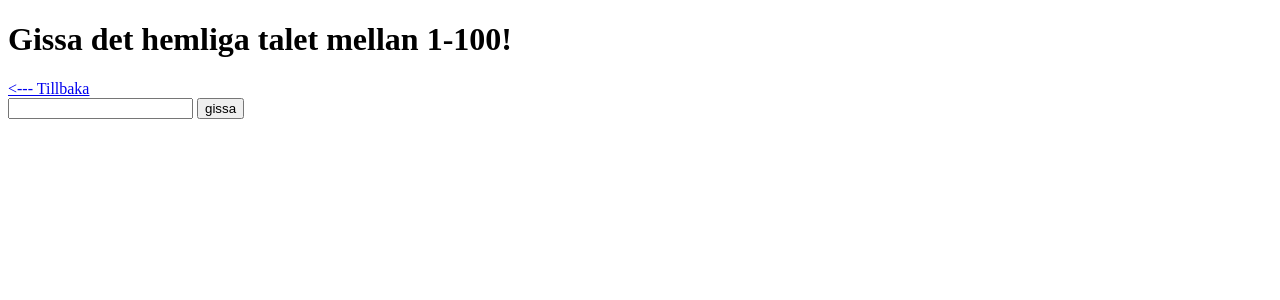
Repository: ss223dd/1dv403-ss223dd-labbar
Page: 1-vandalen/guess/index.html
The author's editor kept a record of every edit. The page is drawn from the files as they stood at one moment, then again after the next edit.
The browser window is 1280 px wide. The pictures show the whole page.

Above is the page before.

### 1-vandalen/guess/index.html
<!DOCTYPE html>
<html lang="sv">
<head>
	<meta charset="UTF-8" />
 	<title>JavaScript - Gissa det hemliga talet</title>
</head>
    <body>
        <h1>Gissa det hemliga talet mellan 1-100!</h1>
        <a href="../index.html">&lt;--- Tillbaka</a>
 		<form id="myForm">  <!-- Added an ID to the form in order to reset the input field after each attempt. -->
 			<input type="text" id="number" /> <input id="send" type="submit" value="gissa" />
 			<p id="value"></p>
		</form>

    	  <script src="script.js"></script>

    </body>
</html>

### 1-vandalen/guess/script.js
"use strict";

window.onload = function(){

	var secret = Math.floor( Math.random() * 100)+1; // Randomizes an integer between 1-100.
	var numberOfGuesses = 0;

	// I denna funktion ska du skriva koden för att hantera "spelet"
	var guess = function(number){
		console.log("Det hemliga talet: " + secret); // Du når den yttre variabeln secret innifrån funktionen.
		console.log("Du gissade: " + number); // Detta nummer är det som användaren gissade på.

		// Plats för förändring.

		if (+number >= 1 && +number <= 100){

			numberOfGuesses += 1;

			if (+number === +secret){
				return [true, "Grattis du gissade rätt! Det hemliga talet var " + secret +
				" och du behövde " + numberOfGuesses + " giltiga gissningar för att hitta det."];
			}
			else if (+number < +secret){
				return [false, "Fel! Det hemliga talet är högre än " + number +"! Försök igen."];
			}
			else{
				return [false, "Fel! Det hemliga talet är lägre än " + number +"! Försök igen."];
			}
		}
		else if (Number.isNaN(+number)){
			return [false, "Fel format! Vänligen ange ett heltal."];
		}
		else{
			return [false, number + " är utanför intervallet 0 - 100. Försök igen."];
		}

		// Returnera exempelvis:
		// [true, "Grattis du vann! Det hemliga talet var X och du behövde Y gissningar för att hitta det."]
		// [false, "Det hemliga talet är högre!"]
		// [false, "Det hemliga talet är lägre!"]
		// [false, "Talet är utanför intervallet 0 - 100"]

	};

	// ------------------------------------------------------------------------------

	// Kod för att hantera utskrift och inmatning. Denna ska du inte behöva förändra
	var p = document.querySelector("#value"); // Referens till DOM-noden med id="#value"
	var input = document.querySelector("#number"); // Set focus to textbox upon page load.
	var submit = document.querySelector("#send");

	// Vi kopplar en eventhanterare till formulärets skickaknapp som kör en anonym funktion.
	submit.addEventListener("click", function(e){
		e.preventDefault(); // Hindra formuläret från att skickas till servern. Vi hanterar allt på klienten.

		var answer = guess(input.value); // Läser in talet från textrutan och skickar till funktionen "guess"

		var form = document.getElementById("myForm"); // Clear/reset textbox after each attempt.
		form.reset();

		p.innerHTML = answer[1]; // Skriver ut texten från arrayen som skapats i funktionen.

		if(answer[0] === true){ // Om spelet är slut, avaktivera knappen.
			submit.disabled = true;
		}

	});
};

After the next edit:
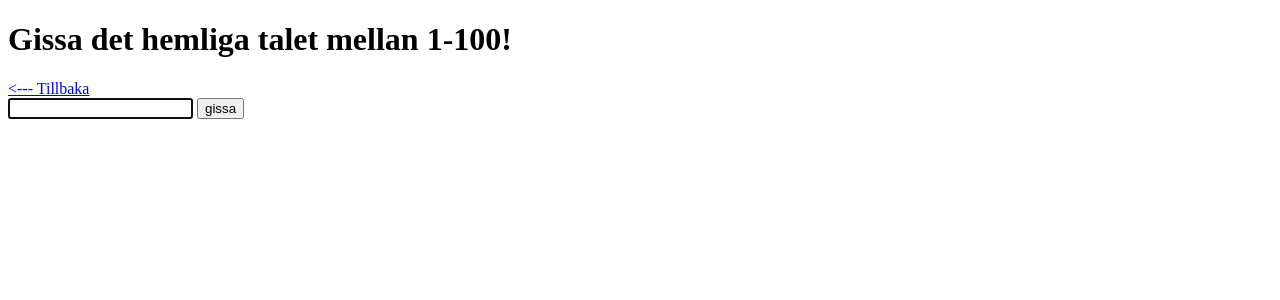
The edit:
--- a/1-vandalen/guess/script.js
+++ b/1-vandalen/guess/script.js
@@ -49,6 +49,8 @@
 	var input = document.querySelector("#number"); // Set focus to textbox upon page load.
 	var submit = document.querySelector("#send");
 
+	input.focus(); // Set focus to textbox upon page load.
+
 	// Vi kopplar en eventhanterare till formulärets skickaknapp som kör en anonym funktion.
 	submit.addEventListener("click", function(e){
 		e.preventDefault(); // Hindra formuläret från att skickas till servern. Vi hanterar allt på klienten.
